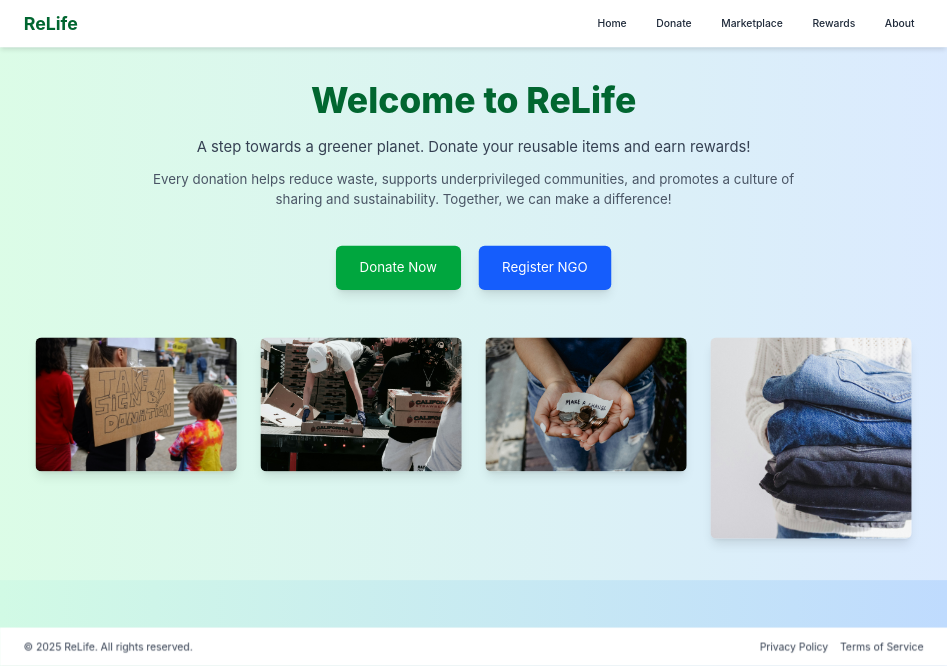
Repository: Harsh-verma24/edonation-drive
Page: / (app in frontend/)
An editor plug-in stored every save of this project. The page is shown before and after the next save, followed by the edit.
The browser window is 1280 px wide. The pictures show the whole page, at 74% of full size.
The project was rebuilt for these pictures with package versions that can differ from the ones it lists, and the page was loaded fresh each time. Also part of the build but not shown: frontend/vite.config.js, frontend/src/utils/axiosInstance.js, frontend/src/pages/Donate.jsx, frontend/src/pages/Rewards.jsx, frontend/src/pages/Marketplace.jsx, frontend/src/pages/About.jsx.

Above is the page before, as saved 2025-10-15 22:35:04.

After the next save:
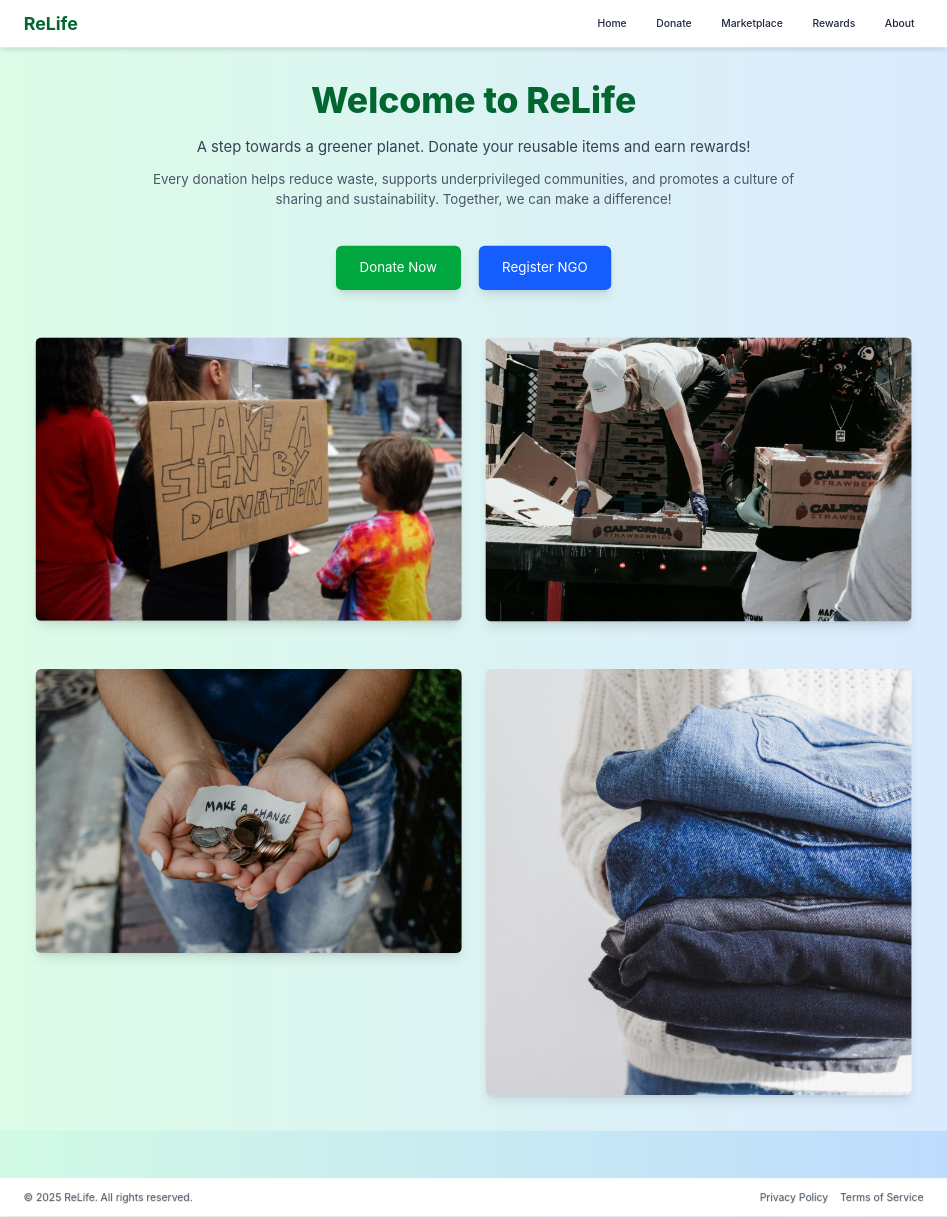
Saved 35 s later.
--- a/frontend/src/pages/Home.jsx
+++ b/frontend/src/pages/Home.jsx
@@ -22,7 +22,7 @@ const Home = () => {
           </a>
         </div>
       </div>
-      <div className="mt-16 grid grid-cols-1 md:grid-cols-2 lg:grid-cols-4 gap-8">
+      <div className="mt-16 grid grid-cols-1 md:grid-cols-2 gap-8">
         <img
           src="/Hero-1.jpg"
           alt="Hero Image 1"
@@ -33,6 +33,8 @@ const Home = () => {
           alt="Hero Image 2"
           className="rounded-lg shadow-lg"
         />
+      </div>
+      <div className="mt-16 grid grid-cols-1 md:grid-cols-2 gap-8">
         <img
           src="/katt-yukawa-K0E6E0a0R3A-unsplash.jpg"
           alt="Make a Change"
